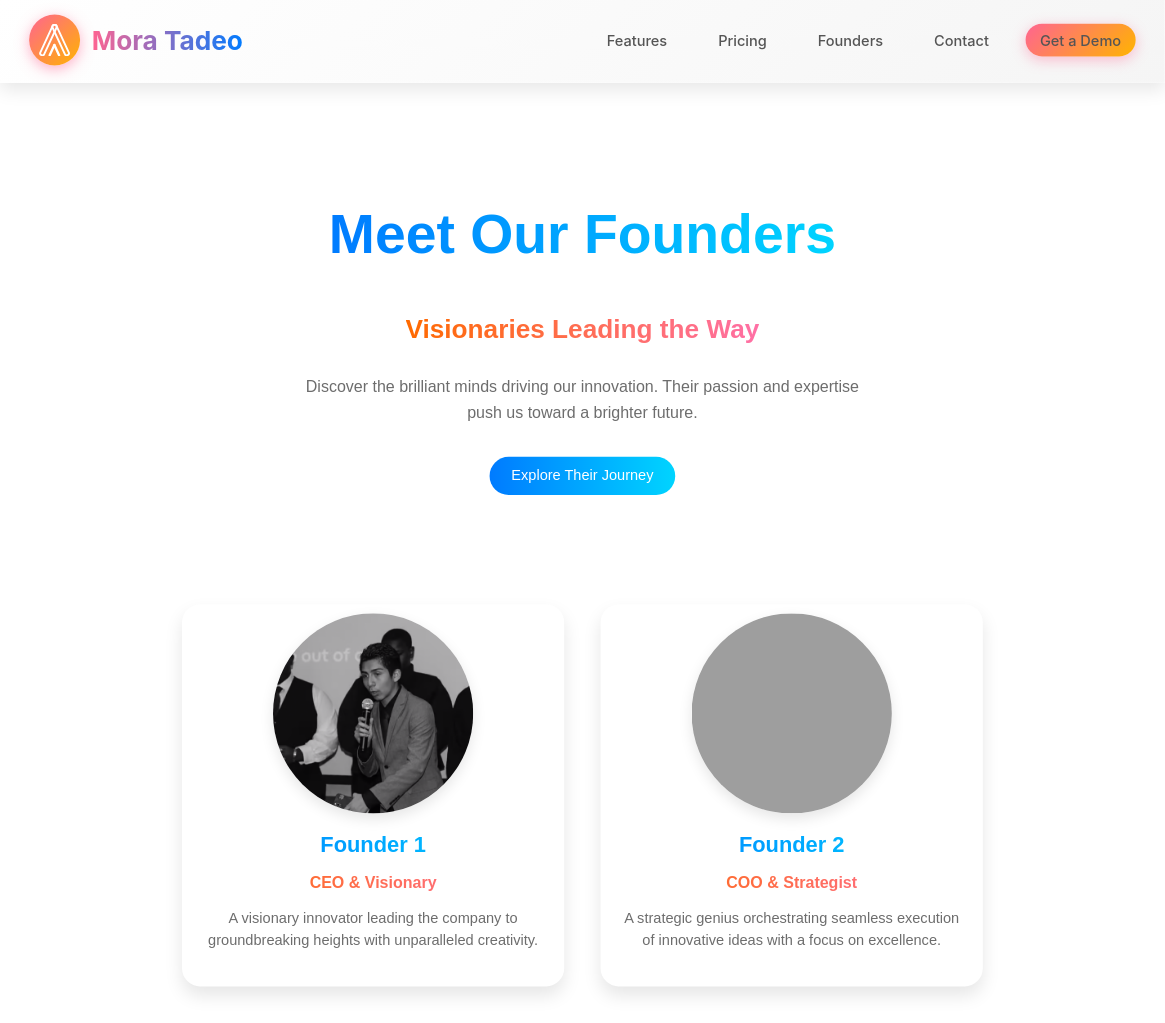
Repository: AbrahamM007/moratadeo
Page: /founders
The author's editor kept a copy of each file at every save. The page is drawn from the files as they stood at one save, then again after a run of saves.
The browser window is 1280 px wide. The pictures show the whole page, at 91% of full size.
Pictures or frames that could not be fetched are drawn as grey boxes. The project was rebuilt for these pictures with package versions that can differ from the ones it lists, and the page was loaded fresh each time. Also part of the build but not shown: src/HeroSection.css, src/HeroSection.js, src/InfoSection.css, src/InfoSection.js, src/RoadmapSection.css, src/RoadmapSection.js, src/DesignPhaseSection.js, src/HeroBanner.js and 7 more.

Above is the page before, as saved 2025-01-12 22:46:15.

### public/index.html
<!DOCTYPE html>
<html lang="en">
  <head>
    <meta charset="utf-8" />
    <link rel="icon" href="mora.png" />
    <meta name="viewport" content="width=device-width, initial-scale=1" />
    <meta name="theme-color" content="#000000" />

    <link rel="apple-touch-icon" href="mora.png" />
    <link rel="manifest" href="%PUBLIC_URL%/manifest.json" />

    <!-- SEO Meta Tags -->
    <meta name="title" content="Mora Tadeo | Development Firm" />
    <meta name="description" content="Mora Tadeo is a leading development firm offering cutting-edge solutions in web development, app design, and technology innovation to elevate your business." />
    <meta name="keywords" content="development firm, web development, app design, Mora Tadeo, software solutions, technology innovation" />
    <meta name="author" content="Mora Tadeo" />
    <meta name="robots" content="index, follow" />
    <meta name="googlebot" content="index, follow" />

    <!-- Open Graph Meta Tags (for social sharing) -->
    <meta property="og:type" content="website" />
    <meta property="og:url" content="https://moratadeo.com" />
    <meta property="og:title" content="Mora Tadeo | Development Firm" />
    <meta property="og:description" content="Discover innovative web and app development solutions with Mora Tadeo. Your trusted partner in driving technology forward." />
    <meta property="og:image" content="https://moratadeo.com/preview-image.png" />
    <meta property="og:site_name" content="Mora Tadeo" />

    <!-- Twitter Card Meta Tags -->
    <meta name="twitter:card" content="summary_large_image" />
    <meta name="twitter:url" content="https://moratadeo.com" />
    <meta name="twitter:title" content="Mora Tadeo | Development Firm" />
    <meta name="twitter:description" content="Mora Tadeo offers state-of-the-art development services to bring your business ideas to life. Partner with us for tailored solutions." />
    <meta name="twitter:image" content="https://moratadeo.com/preview-image.png" />

    <!-- Additional Metadata -->
    <meta name="msapplication-TileColor" content="#ffffff" />
    <meta name="msapplication-config" content="%PUBLIC_URL%/browserconfig.xml" />

    <!-- Title -->
    <title>Mora Tadeo | Development Firm</title>
  </head>
  <body>
    <noscript>You need to enable JavaScript to run this app.</noscript>
    <div id="root"></div>
  </body>
</html>

### src/App.js
import React from "react";
import { BrowserRouter as Router, Routes, Route } from "react-router-dom";
import Navbar from "./Navbar";
import HeroSection from "./HeroSection";
import InfoSection from "./InfoSection";
import RoadmapSection from "./RoadmapSection";
import DesignPhaseSection from "./DesignPhaseSection";
import HeroBanner from "./HeroBanner";
import Footer from "./Footer";
import PricingPage from "./PricingPage";
import ScrollToTop from "./ScrollToTop"; // Import the ScrollToTop component

// Import both FeaturesPage and FeaturePage from the merged file
import { FeaturesPage, FeaturePage } from "./FeaturesPage";

// Import FoundersPage
import FoundersPage from "./FoundersPage";

function App() {
  return (
    <Router>
      <ScrollToTop /> {/* Ensures scroll resets to top on route change */}
      <div className="App">
        <Navbar />
        <Routes>
          {/* Home Page */}
          <Route
            path="/"
            element={
              <>
                <HeroSection />
                <InfoSection />
                <RoadmapSection />
                {/* <HeroBanner /> */}
                <DesignPhaseSection />
                <Footer />
              </>
            }
          />
          {/* Features List */}
          <Route path="/features" element={<FeaturesPage />} />
          {/* Dynamic Feature Detail Page */}
          <Route path="/features/:featureId" element={<FeaturePage />} />
          {/* Pricing Page */}
          <Route path="/pricing" element={<PricingPage />} />
          {/* Founders Page */}
          <Route path="/founders" element={<FoundersPage />} />
        </Routes>
      </div>
    </Router>
  );
}

export default App;

### src/Navbar.js
import React, { useState, useEffect } from "react";
import { Link } from "react-router-dom";
import "./Navbar.css";
import logo from './mora.svg';


const Navbar = () => {
  const [scrolled, setScrolled] = useState(false);
  const [menuOpen, setMenuOpen] = useState(false);

  useEffect(() => {
    const handleScroll = () => {
      setScrolled(window.scrollY > 50);
    };

    window.addEventListener("scroll", handleScroll);
    return () => {
      window.removeEventListener("scroll", handleScroll);
    };
  }, []);

  const toggleMenu = () => {
    setMenuOpen(!menuOpen);
  };

  return (
    <header className={`navbar ${scrolled ? "scrolled" : ""}`}>
      <Link to="/" className="navbar-logo-link">
        <div className="navbar-logo-container">
          <div className="navbar-logo-icon">
          <img src={logo} alt="Logo" className="navbar-logo-image" />

          </div>
          <span className="navbar-logo-text">Mora Tadeo</span>
        </div>
      </Link>
      <button className="navbar-toggle" onClick={toggleMenu}>
        <span className={`hamburger ${menuOpen ? "open" : ""}`}></span>
      </button>
      <nav className={`navbar-menu ${menuOpen ? "open" : ""}`}>
        <Link to="/features" onClick={toggleMenu}>
          Features
        </Link>
        <Link to="/pricing" onClick={toggleMenu}>
          Pricing
        </Link>
        <Link to="/founders" onClick={toggleMenu}>
          Founders
        </Link>
        <a href="https://calendly.com/mora78606/30min?month=2025-01" onClick={toggleMenu}>
          Contact
        </a>
        <a href="https://calendly.com/mora78606/30min?month=2025-01" className="navbar-highlight" onClick={toggleMenu}>
          Get a Demo
        </a>
      </nav>
    </header>
  );
};

export default Navbar;

### src/ScrollToTop.js
import { useEffect } from "react";
import { useLocation } from "react-router-dom";

const ScrollToTop = () => {
  const { pathname } = useLocation();

  useEffect(() => {
    window.scrollTo(0, 0); // Scroll to the top-left of the page
  }, [pathname]);

  return null; // This component does not render anything
};

export default ScrollToTop;

### src/FoundersPage.js
import React from "react";
import "./FoundersPage.css";

// Import images
import founder1Image from "./abraham.png";
import founder2Image from "./IMG_1554.JPG";

// Data for founders
const founders = [
  {
    name: "Founder 1",
    title: "CEO & Visionary",
    bio: "A visionary innovator leading the company to groundbreaking heights with unparalleled creativity.",
    image: founder1Image,
  },
  {
    name: "Founder 2",
    title: "COO & Strategist",
    bio: "A strategic genius orchestrating seamless execution of innovative ideas with a focus on excellence.",
    image: founder2Image,
  },
];

const FoundersPage = () => {
  return (
    <div className="founders-page">
      {/* Hero Section */}
      <section className="founders-hero">
        <h1 className="founders-hero-title">Meet Our Founders</h1>
        <h2 className="founders-hero-subtitle">Visionaries Leading the Way</h2>
        <p className="hero-paragraph">
          Discover the brilliant minds driving our innovation. Their passion and
          expertise push us toward a brighter future.
        </p>
        <button className="hero-button">Explore Their Journey</button>
      </section>

      {/* Founders Section */}
      <div className="founders-container">
        {founders.map((founder, index) => (
          <div className="founder-card" key={index}>
            <div className="founder-image-container">
              <img
                src={founder.image}
                alt={`${founder.name}`}
                className="founder-image"
              />
            </div>
            <h2 className="founder-name">{founder.name}</h2>
            <h3 className="founder-title">{founder.title}</h3>
            <p className="founder-bio">{founder.bio}</p>
          </div>
        ))}
      </div>
    </div>
  );
};

export default FoundersPage;

### src/Navbar.css
/* Navbar Container */
.navbar {
    display: flex;
    justify-content: space-between;
    align-items: center;
    padding: 1rem 2rem;
    background: linear-gradient(135deg, #ffffff, #f5f5f5);
    box-shadow: 0 8px 20px rgba(0, 0, 0, 0.1);
    position: sticky;
    top: 0;
    z-index: 1000; /* Ensures navbar stays on top */
    transition: all 0.3s ease;
    border-bottom: 3px solid transparent;
  }

  /* Navbar on Scroll */
  .navbar.scrolled {
    background: #ffffff; /* Plain white background on scroll */
    box-shadow: 0 8px 25px rgba(0, 0, 0, 0.2);
    border-bottom: 3px solid #ddd; /* Subtle border for scroll effect */
    transform: scale(1.01);
  }

  /* Logo Link */
  .navbar-logo-link {
    display: flex;
    align-items: center;
    text-decoration: none; /* Removes underline */
    cursor: pointer;
  }

  /* Logo Container */
  .navbar-logo-container {
    display: flex;
    align-items: center;
    gap: 0.8rem;
  }

  /* Logo Icon */
  .navbar-logo-icon {
    display: flex;
    align-items: center;
    justify-content: center;
    background: linear-gradient(135deg, #ff6491, #ffb400);
    color: #fff;
    font-size: 2rem;
    font-weight: bold;
    height: 3.5rem;
    width: 3.5rem;
    border-radius: 50%;
    box-shadow: 0 4px 15px rgba(255, 100, 145, 0.5);
    transition: transform 0.3s ease;
  }

  .navbar-logo-icon:hover {
    transform: rotate(360deg) scale(1.1);
  }

  /* Logo Text */
  .navbar-logo-text {
    font-size: 1.8rem;
    font-weight: 700;
    color: #333;
    background: linear-gradient(90deg, #ff6491, #007bff);
    -webkit-background-clip: text;
    -webkit-text-fill-color: transparent;
  }

  /* Logo Hover Effect */
  .navbar-logo-link:hover .navbar-logo-container {
    transform: scale(1.05);
    transition: transform 0.3s ease;
  }

  /* Navbar Menu */
  .navbar-menu {
    display: flex;
    gap: 1.5rem;
    transition: transform 0.3s ease, opacity 0.3s ease;
  }

  /* Menu Links */
  .navbar-menu a {
    font-size: 1rem;
    font-weight: 500;
    text-decoration: none; /* Removes underline */
    color: #555;
    padding: 0.5rem 1rem;
    position: relative;
    transition: all 0.3s ease;
  }

  .navbar-menu a:hover {
    color: #ff6491;
  }

  .navbar-menu a::after {
    content: "";
    position: absolute;
    bottom: -5px;
    left: 0;
    width: 0;
    height: 3px;
    background: linear-gradient(90deg, #ff6491, #ffb400);
    transition: width 0.3s ease;
  }

  .navbar-menu a:hover::after {
    width: 100%;
  }

  /* Highlight Link */
  .navbar-highlight {
    font-weight: bold;
    padding: 0.8rem 1.5rem;
    color: #fff;
    background: linear-gradient(135deg, #ff6491, #ffb400);
    border-radius: 50px;
    box-shadow: 0 4px 15px rgba(255, 100, 145, 0.4);
    transition: transform 0.3s ease, background 0.3s ease;
  }

  .navbar-highlight:hover {
    transform: scale(1.1);
    background: linear-gradient(135deg, #ffb400, #ff6491);
  }

  /* Hamburger Menu */
  .navbar-toggle {
    display: none;
    background: none;
    border: none;
    cursor: pointer;
    padding: 0.5rem;
    z-index: 11;
  }

  .hamburger {
    width: 1.5rem;
    height: 2px;
    background: #333;
    position: relative;
    transition: all 0.3s ease;
  }

  .hamburger::before,
  .hamburger::after {
    content: "";
    width: 1.5rem;
    height: 2px;
    background: #333;
    position: absolute;
    left: 0;
    transition: all 0.3s ease;
  }

  .hamburger::before {
    top: -6px;
  }

  .hamburger::after {
    top: 6px;
  }

  .hamburger.open {
    background: transparent;
  }

  .hamburger.open::before {
    transform: rotate(45deg);
    top: 0;
  }

  .hamburger.open::after {
    transform: rotate(-45deg);
    top: 0;
  }
  .navbar-logo-image {
    height: 2.3rem; /* Adjust size to match your design */
    width: 2.3rem;
    /* border-radius: 50%; Optional: Make it circular */
    object-fit: cover; /* Ensures the image scales correctly */

    transition: transform 0.3s ease;
  }

  .navbar-logo-image:hover {
    transform: scale(1.1); /* Slight zoom on hover */
  }


  /* Responsive Menu */
  @media (max-width: 768px) {
    .navbar-menu {
      flex-direction: column;
      position: absolute;
      top: 100%;
      right: 0;
      background: linear-gradient(135deg, #ffffff, #f5f5f5);
      border-radius: 10px;
      box-shadow: 0 8px 20px rgba(0, 0, 0, 0.1);
      transform: translateY(-200%);
      opacity: 0;
      visibility: hidden;
      transition: transform 0.3s ease, opacity 0.3s ease, visibility 0.3s ease;
    }

    .navbar-menu.open {
      transform: translateY(0%);
      opacity: 1;
      visibility: visible;
    }

    .navbar-menu a {
      padding: 1rem;
      text-align: center;
    }

    .navbar-toggle {
      display: block;
    }
  }

### src/DesignPhaseSection.css


:root {
  --blue-color: #007bff;
  --orange-color: #ffb400;
  --gradient: linear-gradient(90deg, var(--blue-color), var(--orange-color));
  --bg-white: #ffffff;
  --line-color: rgba(0,0,0,0.1);
  --card-shadow: rgba(0, 0, 0, 0.1);
 }






 .single-phase-container {
  position: relative;
  width: 100%;
  height: 100vh;
  overflow: hidden;
 }


 /* Navigation Dots */
 .phase-navigation {
  position: absolute;
  bottom: 20px;
  left: 50%;
  transform: translateX(-50%);
  display: flex;
  gap: 15px;
  z-index: 3;
 }


 .nav-dot {
  width: 20px;
  height: 20px;
  border-radius: 50%;
  background: #fff;
  border: 3px solid var(--gradient);
  cursor: pointer;
  transition: transform 0.3s ease, background 0.3s ease;
 }


 .nav-dot.active {
  transform: scale(1.4);
  background: var(--gradient);
 }


 .nav-dot:hover {
  transform: scale(1.2);
 }


 /* Phase Section and Overlay */
 .phase-section {
  position: relative;
  width: 100vw;
  height: 100vh;

  display: flex;
  align-items: center;
  justify-content: center;
  overflow: hidden;
  transition: background 1s ease-in-out;
 }


 .phase-overlay {
  position: absolute;
  width: 120%;
  height: 120%;
  top: -10%;
  left: -10%;
  background: radial-gradient(circle, rgba(255,255,255,0.2), transparent);
  opacity: 0.5;
  pointer-events: none;
  animation: floatOverlay 20s ease-in-out infinite;
  z-index: 1;
 }


 @keyframes floatOverlay {
  0%, 100% { transform: translate(0, 0) rotate(0deg); }
  50% { transform: translate(20px, 20px) rotate(45deg); }
 }


 /* Phase Content with Shimmering Border */
 .phase-content {
  position: relative;
  z-index: 2;
  max-width: 600px;
  padding: 2rem;
  background: rgba(255,255,255,0.8);
  color: #333;
  border-radius: 15px;
  box-shadow: 0 10px 20px var(--card-shadow);
  text-align: center;
  opacity: 0;
  transform: translateY(20px);
  animation: contentFadeIn 1.5s forwards;
 }


 .phase-content::before {
  content: '';
  position: absolute;
  inset: 0;
  border-radius: inherit;
  background: var(--gradient);
  z-index: -1;
  filter: blur(15px);
  opacity: 0.6;
  transform: scale(1.1);
  animation: pulseBorder 3s ease-in-out infinite;
 }


 @keyframes pulseBorder {
  0%, 100% { filter: blur(15px); }
  50% { filter: blur(25px); }
 }


 @keyframes contentFadeIn {
  to { opacity: 1; transform: translateY(0); }
 }


 /* Icon and Text Styling */
 .icon {
  font-size: 4rem;
  margin-bottom: 1rem;
  background: var(--gradient);
  -webkit-background-clip: text;
  -webkit-text-fill-color: transparent;
  animation: spinIcon 10s linear infinite;
 }


 @keyframes spinIcon {
  from { transform: rotate(0deg); }
  to { transform: rotate(360deg); }
 }


 .phase-content h3 {
  font-size: 2rem;
  margin-bottom: 1rem;
  color: var(--blue-color);
 }


 .phase-content p {
  font-size: 1.2rem;
  line-height: 1.6;
  color: #333;
 }


 /* Unique abstract backgrounds and animations for each phase */
 .phase-0 {
  background: radial-gradient(circle at center, rgba(0,123,255,0.1), var(--bg-white)),
              radial-gradient(circle at bottom right, rgba(255,180,0,0.1), transparent);
  animation: bgAnim0 15s ease-in-out infinite;
 }
 .phase-1 {
  background: radial-gradient(circle at top left, rgba(0,123,255,0.1), transparent),
              radial-gradient(circle at bottom right, rgba(255,180,0,0.1), var(--bg-white));
  animation: bgAnim1 20s ease-in-out infinite;
 }
 .phase-2 {
  background: radial-gradient(circle at top right, rgba(0,123,255,0.1), transparent),
              radial-gradient(circle at bottom left, rgba(255,180,0,0.1), var(--bg-white));
  animation: bgAnim2 25s ease-in-out infinite;
 }
 .phase-3 {
  background: radial-gradient(circle at center, rgba(0,123,255,0.1), transparent),
              radial-gradient(circle at center, rgba(255,180,0,0.1), var(--bg-white));
  animation: bgAnim3 30s ease-in-out infinite;
 }


 @keyframes bgAnim0 {
  0%, 100% { background-position: 0% 0%, 100% 100%; }
  50% { background-position: 100% 0%, 0% 100%; }
 }
 @keyframes bgAnim1 {
  0%, 100% { background-position: 0% 100%, 100% 0%; }
  50% { background-position: 100% 100%, 0% 0%; }
 }
 @keyframes bgAnim2 {
  0%, 100% { background-position: 50% 50%, 50% 50%; }
  50% { background-position: 75% 25%, 25% 75%; }
 }
 @keyframes bgAnim3 {
  0%, 100% { background-position: 0% 0%, 100% 100%; }
  50% { background-position: 100% 0%, 0% 100%; }
 }


 /* Responsive adjustments */
 @media (max-width: 768px) {
  .phase-content { padding: 1.5rem; }
  .icon { font-size: 3.5rem; }
  .phase-content h3 { font-size: 1.8rem; }
  .phase-content p { font-size: 1rem; }
 }

### src/FoundersPage.css
/* General Page Styling */
.founders-page {
    font-family: "Arial", sans-serif;
    background: #ffffff;
    margin: 0;
    padding: 0;
    overflow-x: hidden;
  }

  /* Hero Section */
  .founders-hero {
    display: flex;
    flex-direction: column;
    align-items: center;
    justify-content: center;
    text-align: center;
    padding: 80px 20px;
    gap: 15px;
    position: relative;
  }

  .founders-hero-title {
    font-size: 3.8rem;
    font-weight: bold;
    line-height: 1.2;
    margin-bottom: 10px;
    background: linear-gradient(90deg, #007bff, #00d4ff);
    -webkit-background-clip: text;
    -webkit-text-fill-color: transparent;
  }

  .founders-hero-subtitle {
    font-size: 1.8rem;
    font-weight: bold;
    line-height: 1.3;
    margin-bottom: 15px;
    background: linear-gradient(90deg, #ff6a00, #ff70a6);
    -webkit-background-clip: text;
    -webkit-text-fill-color: transparent;
  }

  .hero-paragraph {
    font-size: 1.1rem;
    max-width: 650px;
    margin: 0 auto;
    color: #6d6d6d;
    line-height: 1.6;
  }

  .hero-button {
    font-size: 1rem;
    padding: 12px 24px;
    margin-top: 20px;
    background: linear-gradient(90deg, #007bff, #00d4ff);
    border: none;
    border-radius: 50px;
    color: #ffffff;
    cursor: pointer;
    transition: transform 0.2s, box-shadow 0.2s;
  }

  .hero-button:hover {
    transform: scale(1.05);
    box-shadow: 0px 10px 20px rgba(0, 0, 0, 0.15);
  }

  /* Founders Section */
  .founders-container {
    display: flex;
    flex-wrap: wrap;
    justify-content: center;
    gap: 40px;
    padding: 40px 20px;
  }

  .founder-card {
    background: #ffffff;
    border-radius: 20px;
    box-shadow: 0px 10px 20px rgba(0, 0, 0, 0.1);
    overflow: hidden;
    transition: transform 0.3s ease, box-shadow 0.3s ease;
    text-align: center;
    width: 400px;
    height: 400px;
    padding: 10px;
  }

  .founder-card:hover {
    transform: translateY(-8px);
    box-shadow: 0px 20px 40px rgba(0, 0, 0, 0.15);
  }

  /* Founder Image Styling */
  .founder-image-container {
    position: relative;
    width: 220px;
    height: 220px;
    overflow: hidden;
    border-radius: 50%;
    box-shadow: 0 6px 15px rgba(0, 0, 0, 0.1);
    margin: 0 auto 20px;
    /* border: 3px solid #00d4ff; Stylish border */
  }

  .founder-image {
    width: 100%;
    height: 100%;
    object-fit: cover; /* Ensure the image fits well inside the circular container */
  }

  /* Text Styling */
  .founder-name {
    font-size: 1.5rem;
    font-weight: bold;
    margin-top: 10px;
    margin-bottom: 5px;
    background: linear-gradient(90deg, #007bff, #00d4ff);
    -webkit-background-clip: text;
    -webkit-text-fill-color: transparent;
  }

  .founder-title {
    font-size: 1.1rem;
    font-weight: bold;
    margin-bottom: 8px;
    background: linear-gradient(90deg, #ff6a00, #ff70a6);
    -webkit-background-clip: text;
    -webkit-text-fill-color: transparent;
  }

  .founder-bio {
    font-size: 1rem;
    line-height: 1.5;
    color: #6d6d6d;
    margin-bottom: 15px;
    padding: 0 10px;
  }

  /* Responsive Design */
  @media (max-width: 768px) {
    .founders-hero-title {
      font-size: 3rem;
    }

    .founders-hero-subtitle {
      font-size: 1.4rem;
    }

    .founder-card {
      width: 90%;
    }
  }

Loaded but not shown: src/index.js (common file); src/index.css (common file); src/reportWebVitals.js (common file)

After the next 2 saves:
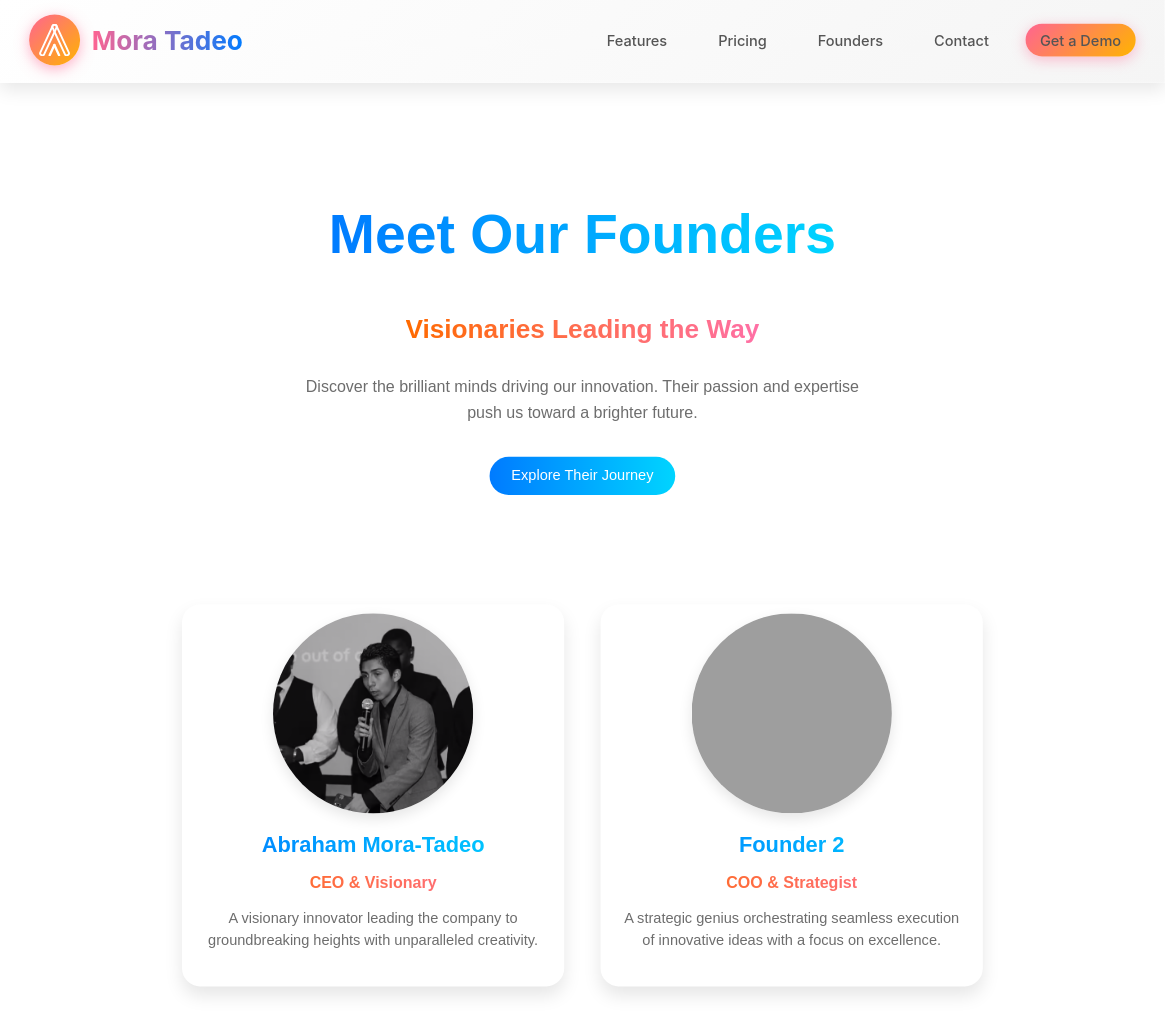
The 2 saves are shown as one change because they came seconds apart.
The last was saved 21 s later.
--- a/src/FoundersPage.js
+++ b/src/FoundersPage.js
@@ -8,7 +8,7 @@ import founder2Image from "./IMG_1554.JPG";
 // Data for founders
 const founders = [
   {
-    name: "Founder 1",
+    name: "Abraham Mora-Tadeo",
     title: "CEO & Visionary",
     bio: "A visionary innovator leading the company to groundbreaking heights with unparalleled creativity.",
     image: founder1Image,
